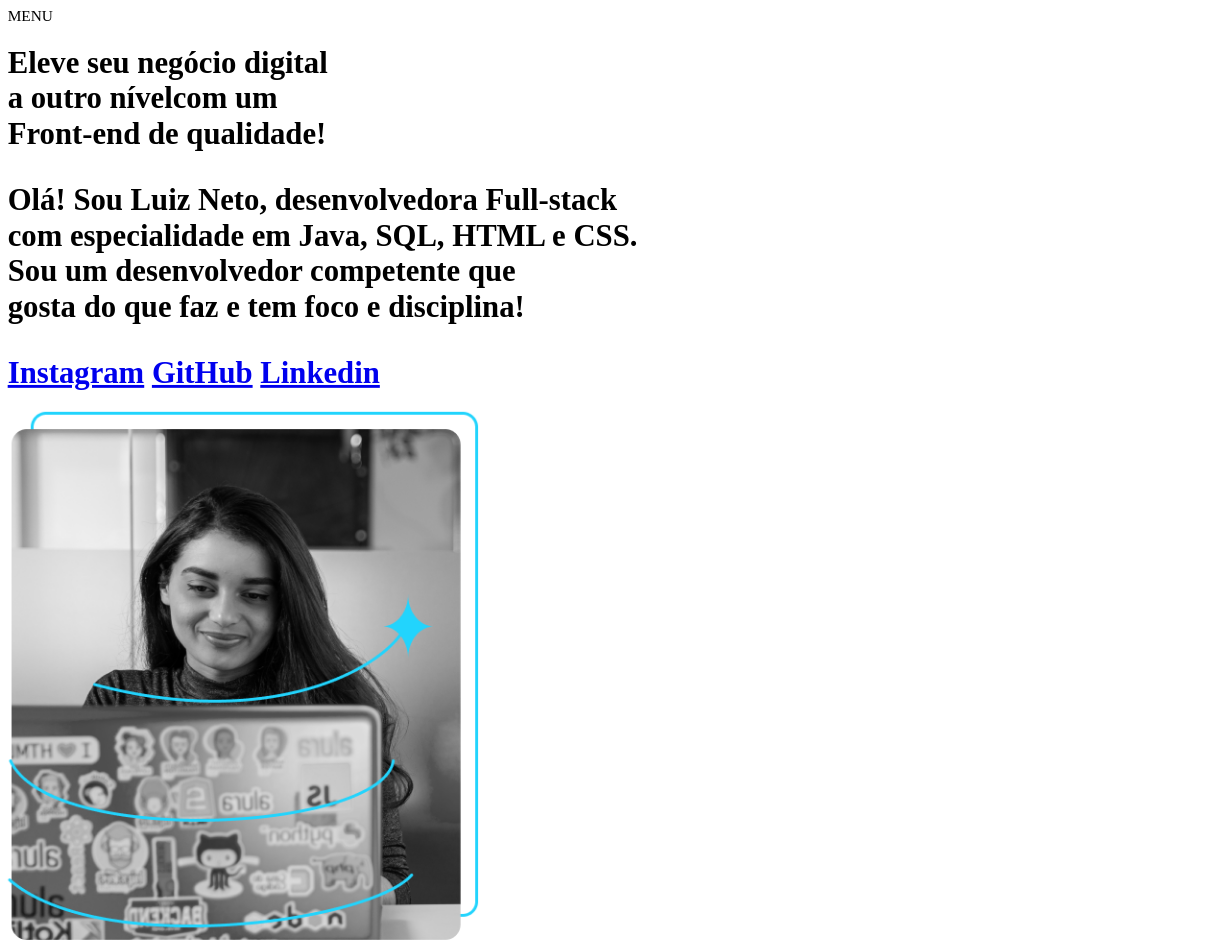
Repository: luiz123098/Sobre-mim-em-HTM-CSS
Page: htmlcss.html
An editor plug-in stored every save of this project. The page is shown before and after the next save, followed by the edit.
The browser window is 1280 px wide. The pictures show the whole page, at 96% of full size.

Above is the page before, as saved 2023-03-08 08:40:42.

### htmlcss.html
<!DOCTYPE html>
<html lang="pt-br">
<head>
    <meta charset="UTF-8">
    <meta http-equiv="X-UA-Compatible" content="IE=edge">
    <meta name="viewport" content="width=device-width, initial-scale=1.0">
    <title>Projeto Estudos</title>
</head>
<body>
    <header>MENU</header>
    <main>
        <h1>
            Eleve seu negócio digital<br>
            a outro nívelcom um<br>
            <strong>
            Front-end de qualidade!
            </strong>
            <p>
            Olá! Sou Luiz Neto, desenvolvedora Full-stack<br>
            com especialidade em Java, SQL, HTML e CSS.<br>
            Sou um desenvolvedor competente que<br>
            gosta do que faz e tem foco e disciplina!
            </p>
            <a href="https://www.instagram.com/luiz.alencar2/">
                Instagram</a>
            <a href="https://github.com/luiz123098">
                GitHub</a>
            <a href="https://www.linkedin.com/in/luiz-neto-alencar-b843651a9/">
                Linkedin</a>
        </h1>
        <img src="Imagem.png">
    </main>
    <footer>

    </footer>
</body>
</html>

After the next save:
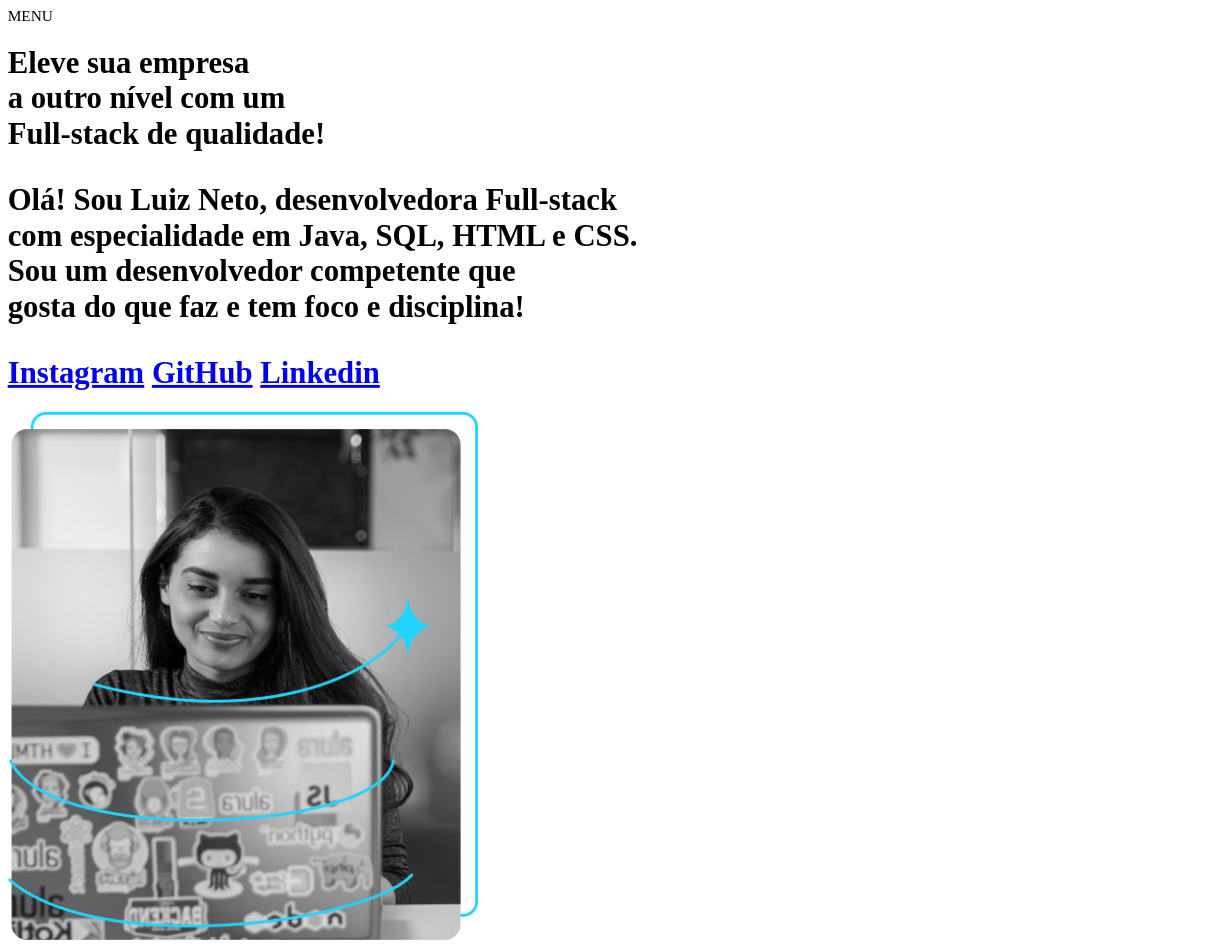
Saved 49 min 26 s later.
--- a/htmlcss.html
+++ b/htmlcss.html
@@ -10,25 +10,28 @@
     <header>MENU</header>
     <main>
         <h1>
-            Eleve seu negócio digital<br>
-            a outro nívelcom um<br>
+            Eleve sua empresa<br>
+            a outro nível com um<br>
             <strong>
-            Front-end de qualidade!
+            Full-stack de qualidade!
             </strong>
+
             <p>
             Olá! Sou Luiz Neto, desenvolvedora Full-stack<br>
             com especialidade em Java, SQL, HTML e CSS.<br>
             Sou um desenvolvedor competente que<br>
             gosta do que faz e tem foco e disciplina!
             </p>
+
             <a href="https://www.instagram.com/luiz.alencar2/">
                 Instagram</a>
             <a href="https://github.com/luiz123098">
                 GitHub</a>
             <a href="https://www.linkedin.com/in/luiz-neto-alencar-b843651a9/">
                 Linkedin</a>
+
         </h1>
-        <img src="Imagem.png">
+        <img src="Imagem.png" alt="Não foi possivel encontrar a imagem">
     </main>
     <footer>
 
